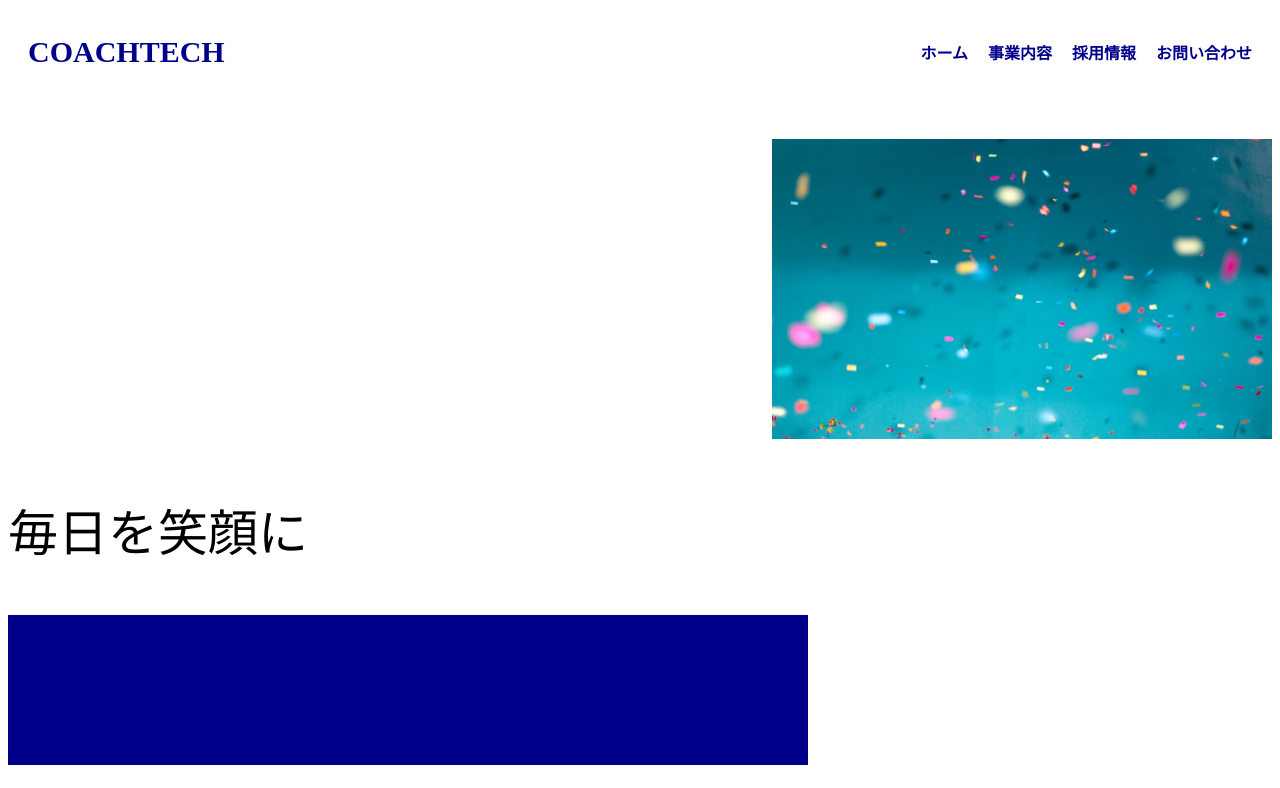
Repository: moro-ayu3/20230213_morohoshi
Page: index.html
These files come from the project's save history. The page is drawn as it stood at one moment and after a run of saves; the edit follows.
The browser window is 1280 px wide. The pictures show the whole page.

Above is the page before, as saved 2023-02-14 21:44:55.

After the next 2 saves:
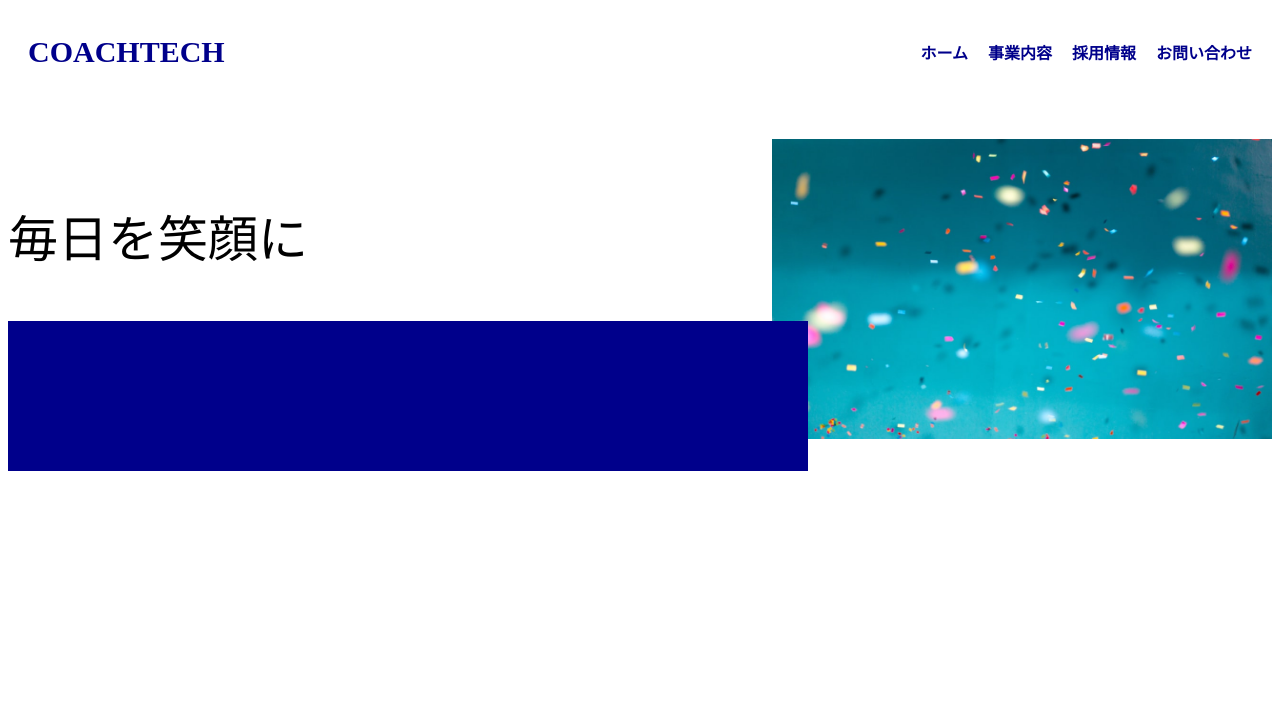
The 2 saves are shown as one change because they came seconds apart.
The last was saved 6 s later.
--- a/style.css
+++ b/style.css
@@ -26,7 +26,7 @@
 }
 
 .relative-img {
-  width: 100
+  width: 100;
   height: 10px;
   margin-top: 50px;
   text-align: right;

After the 2 saves that followed:
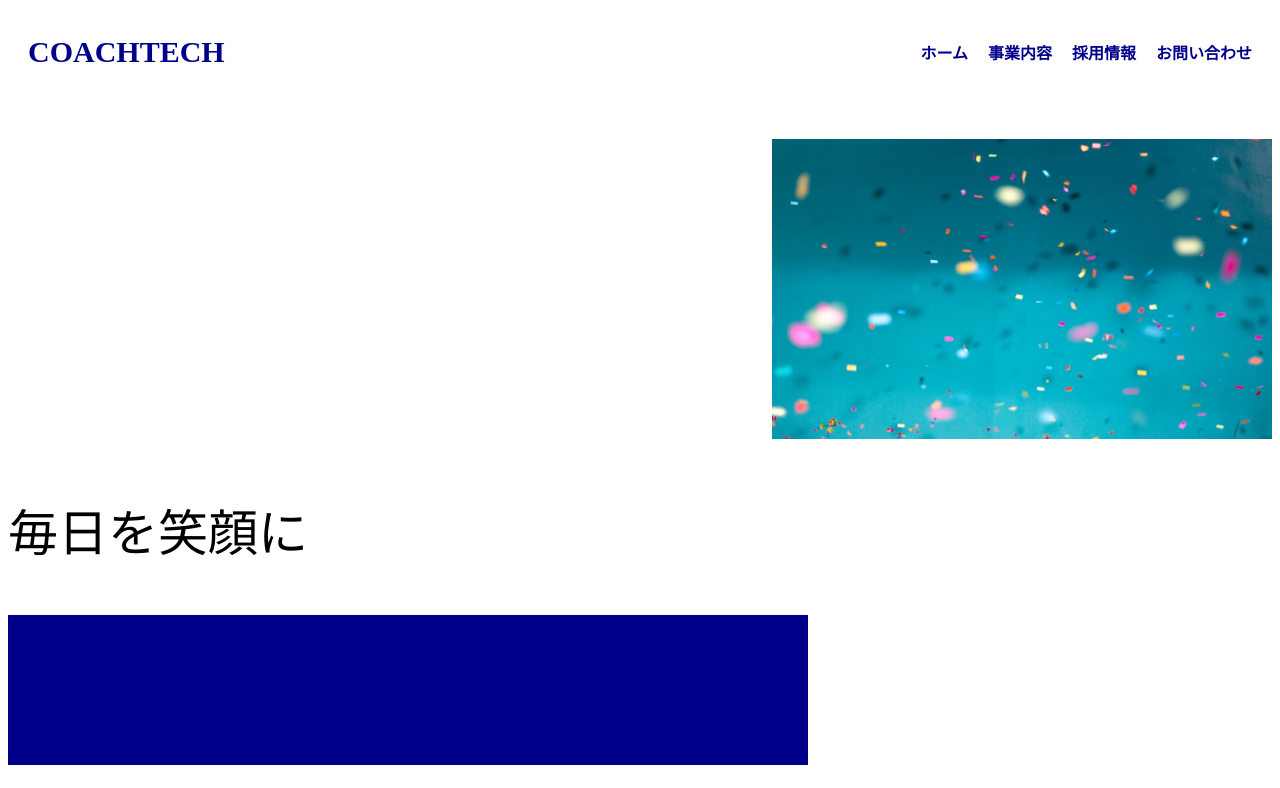
The 2 saves are shown as one change because they came seconds apart.
The last was saved 14 s later.
--- a/style.css
+++ b/style.css
@@ -27,7 +27,7 @@
 
 .relative-img {
   width: 100;
-  height: 10px;
+  height: 100;
   margin-top: 50px;
   text-align: right;
   z-index: 10;
